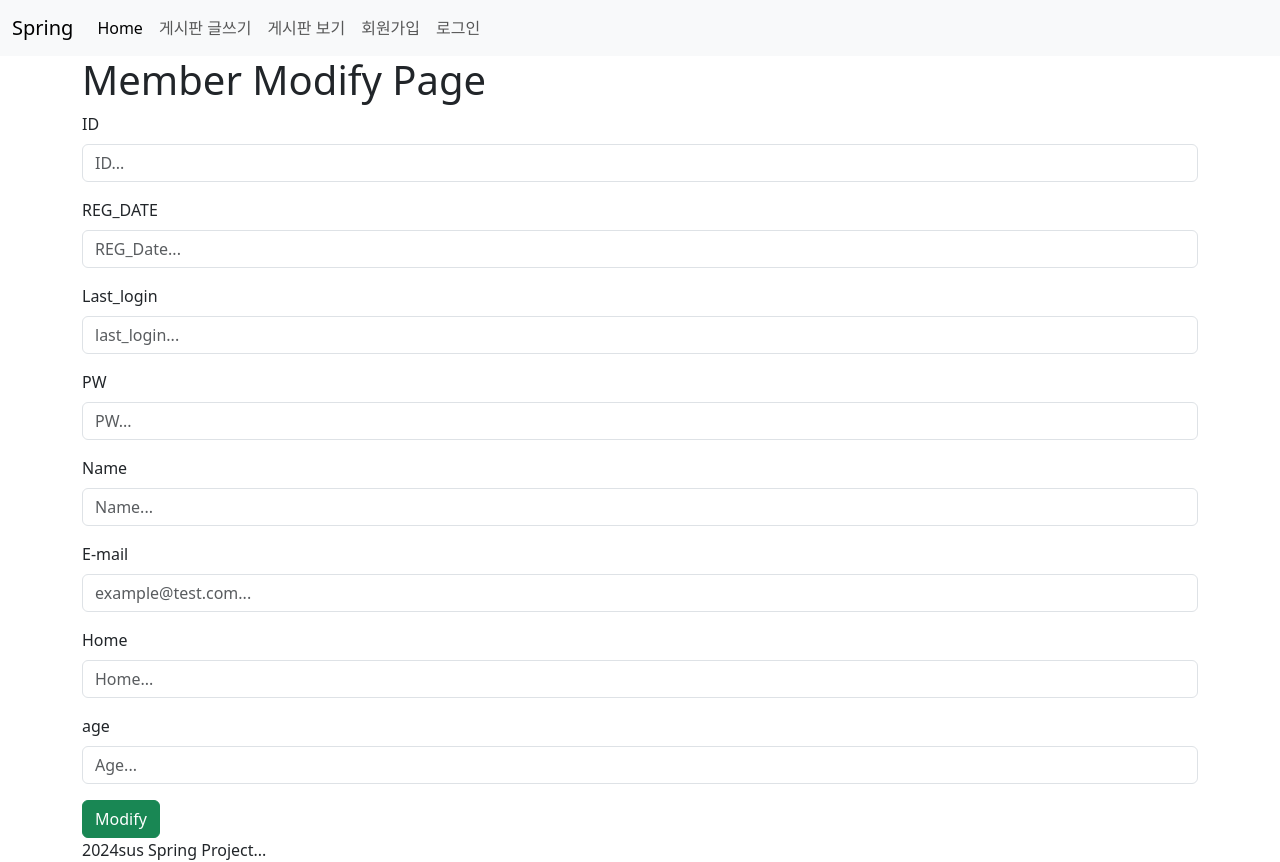
Repository: Ceciliaseon/springTest20240430
Page: http://localhost/spring_study/WEB-INF/views/member/modify.jsp
An editor plug-in stored every save of this project. The page is shown before and after the next save, followed by the edit.
The browser window is 1280 px wide. The pictures show the whole page.
The page is served by Tomcat 9. Nobody is signed in. The template is opened directly, without the code that normally fills it, so the values that code supplies are empty.

Above is the page before, as saved 2024-04-25 09:07:44.

### spring_study/src/main/webapp/WEB-INF/views/member/modify.jsp
<%@ page language="java" contentType="text/html; charset=UTF-8"
    pageEncoding="UTF-8"%>
<jsp:include page="../layout/header.jsp" />

<div class="container-md">
	<h1>Member Modify Page</h1>
	<form action="/member/register" method="post">
		<div class="mb-3">
		  <label for="i" class="form-label">ID</label>
		  <input type="text" class="form-control" name="id" id="i" readonly="readonly" value="${ses.id }" placeholder="ID...">
		</div>
		<div class="mb-3">
		  <label for="i" class="form-label">REG_DATE</label>
		  <input type="text" class="form-control" name="reg_date" id="i" readonly="readonly" value="${ses.reg_date }" placeholder="REG_Date...">
		</div>
		<div class="mb-3">
		  <label for="i" class="form-label">Last_login</label>
		  <input type="text" class="form-control" name="last_login" id="i" readonly="readonly" value="${ses.last_login }" placeholder="last_login...">
		</div>
		<div class="mb-3">
		  <label for="p" class="form-label">PW</label>
		  <input type="password" class="form-control" name="pw" id="p" placeholder="PW...">
		</div>
		<div class="mb-3">
		  <label for="n" class="form-label">Name</label>
		  <input type="text" class="form-control" name="name" id="n" value="${ses.name }" placeholder="Name...">
		</div>
		<div class="mb-3">
		  <label for="e" class="form-label">E-mail</label>
		  <input type="email" class="form-control" name="email" id="e" value="${ses.email }" placeholder="example@test.com...">
		</div>
		<div class="mb-3">
		  <label for="h" class="form-label">Home</label>
		  <input type="text" class="form-control" name="home" id="h" value="${ses.home }" placeholder="Home...">
		</div>
		<div class="mb-3">
		  <label for="a" class="form-label">age</label>
		  <input type="text" class="form-control" name="age" id="a" value="${ses.age }" placeholder="Age...">
		</div>
		<button type="submit" class="btn btn-success">Modify</button>
	</form>
</div>

<jsp:include page="../layout/footer.jsp" />

### spring_study/src/main/webapp/WEB-INF/views/layout/header.jsp
<%@ page language="java" contentType="text/html; charset=UTF-8"
    pageEncoding="UTF-8"%>
    <%@ taglib uri="http://java.sun.com/jsp/jstl/core" prefix="c"%>
<!DOCTYPE html>
<html>
<head>
<meta charset="UTF-8">
<title>header.jsp</title>
<link href="https://cdn.jsdelivr.net/npm/bootstrap@5.3.3/dist/css/bootstrap.min.css" rel="stylesheet" integrity="sha384-QWTKZyjpPEjISv5WaRU9OFeRpok6YctnYmDr5pNlyT2bRjXh0JMhjY6hW+ALEwIH" crossorigin="anonymous">
<script src="https://cdn.jsdelivr.net/npm/bootstrap@5.3.3/dist/js/bootstrap.bundle.min.js" integrity="sha384-YvpcrYf0tY3lHB60NNkmXc5s9fDVZLESaAA55NDzOxhy9GkcIdslK1eN7N6jIeHz" crossorigin="anonymous"></script>
</head>
<body>

<nav class="navbar navbar-expand-lg bg-body-tertiary">
  <div class="container-fluid">
    <a class="navbar-brand" href="#">Spring</a>
    <button class="navbar-toggler" type="button" data-bs-toggle="collapse" data-bs-target="#navbarSupportedContent" aria-controls="navbarSupportedContent" aria-expanded="false" aria-label="Toggle navigation">
      <span class="navbar-toggler-icon"></span>
    </button>
    <div class="collapse navbar-collapse" id="navbarSupportedContent">
      <ul class="navbar-nav me-auto mb-2 mb-lg-0">
        <li class="nav-item">
          <a class="nav-link active" aria-current="page" href="#">Home</a>
        </li>
        <li class="nav-item">
          <a class="nav-link" href="/board/register">게시판 글쓰기</a>
        </li>
        <li class="nav-item">
          <a class="nav-link" href="/board/list">게시판 보기</a>
        </li>
        <li class="nav-item">
          <a class="nav-link" href="/member/register">회원가입</a>
        </li>
        <c:if test="${ses.id eq null }">
	        <li class="nav-item">
	          <a class="nav-link" href="/member/login">로그인</a>
	        </li>
        </c:if>
        <c:if test="${ses.id ne null }">
	        <li class="nav-item">
	          <a class="nav-link" href="/member/logout">로그아웃</a>
	        </li>
	        <li class="nav-item">
	          <a class="nav-link" href="/member/modify">${ses.id } (${ses.email }) welcome!</a>
	        </li>
        </c:if>
      </ul>
    </div>
  </div>
</nav>

### spring_study/src/main/webapp/WEB-INF/views/layout/footer.jsp
<%@ page language="java" contentType="text/html; charset=UTF-8"
    pageEncoding="UTF-8"%>

<div class="container-md">
	2024sus Spring Project...
</div>

</body>
</html>

After the next save:
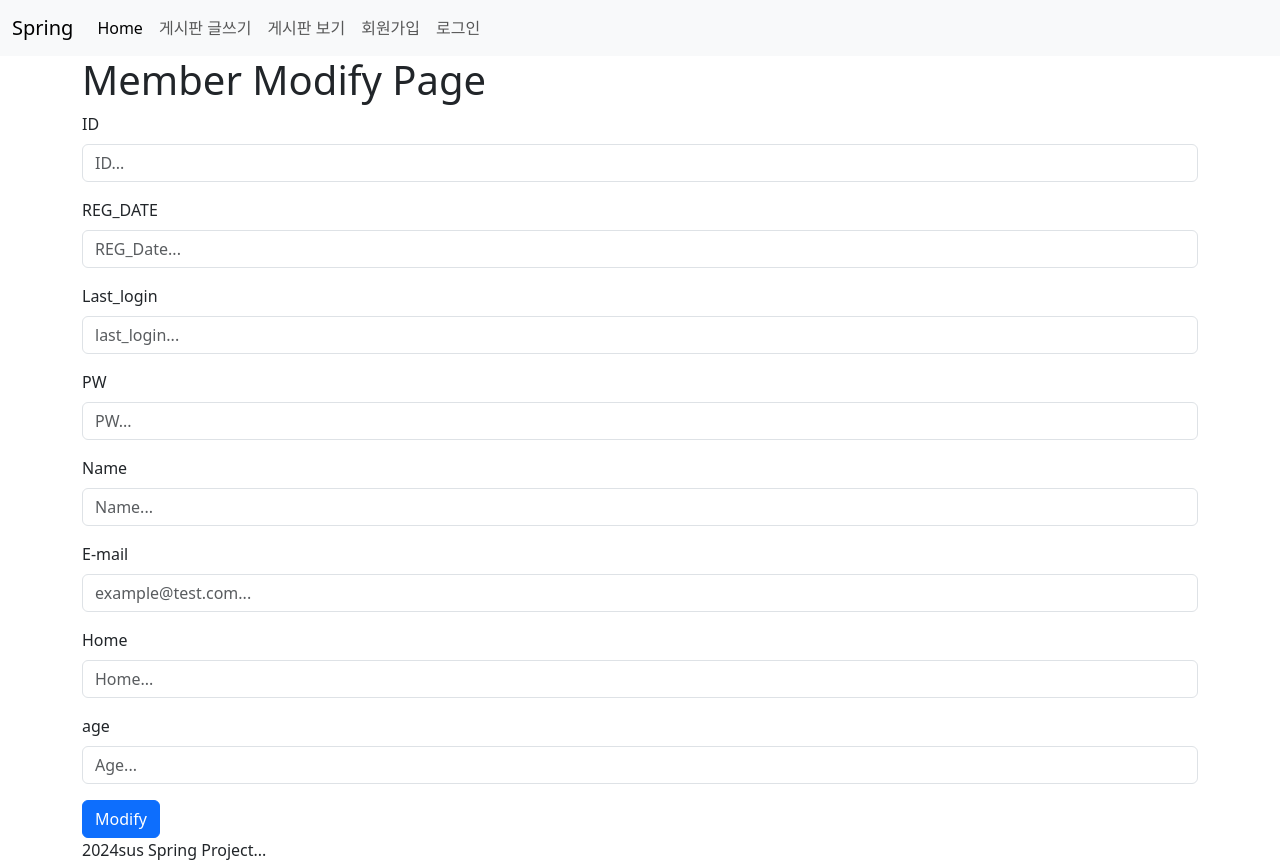
Saved 28 s later.
--- a/spring_study/src/main/webapp/WEB-INF/views/member/modify.jsp
+++ b/spring_study/src/main/webapp/WEB-INF/views/member/modify.jsp
@@ -37,7 +37,7 @@
 		  <label for="a" class="form-label">age</label>
 		  <input type="text" class="form-control" name="age" id="a" value="${ses.age }" placeholder="Age...">
 		</div>
-		<button type="submit" class="btn btn-success">Modify</button>
+		<button type="submit" class="btn btn-primary">Modify</button>
 	</form>
 </div>
 
